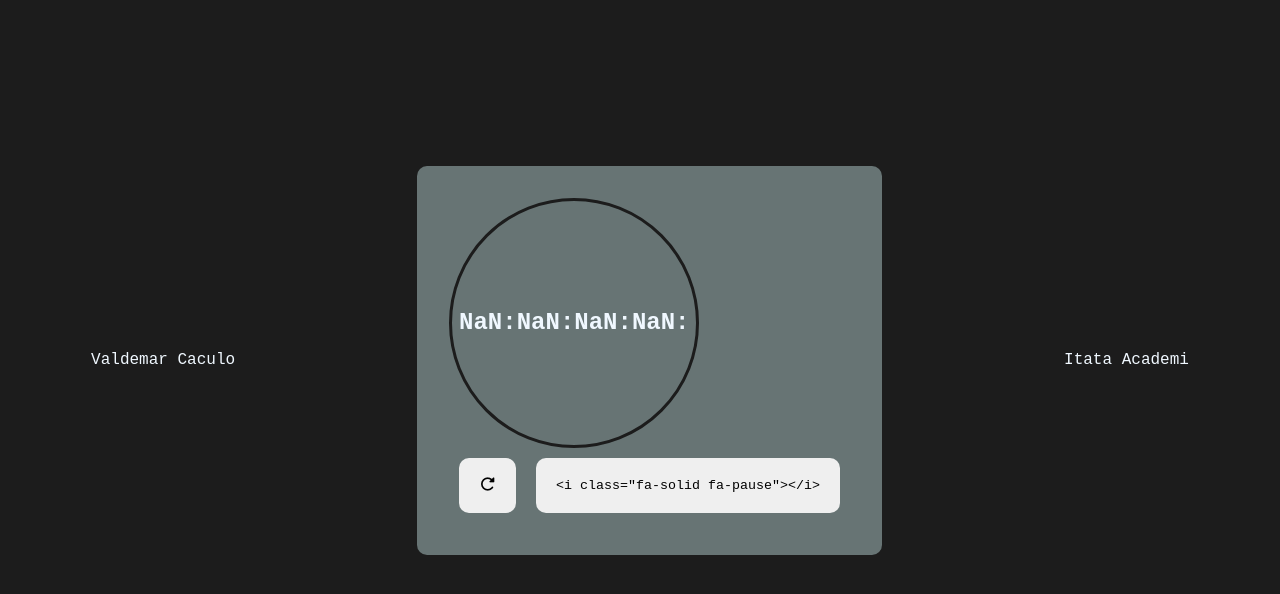
Repository: ValdemarCaculo/TEMPORIZADOR
Page: index.html
These files come from the project's save history. The page is drawn as it stood at one moment and after the next save; the edit follows.
The browser window is 1280 px wide. The pictures show the whole page.
After loading, the first visible `#inicio` was clicked once.
Some web libraries are served in a nearby version.

Above is the page before, as saved 2025-12-06 16:51:54.

### index.html
<!DOCTYPE html>
<html lang="en">

<head>
    <meta charset="UTF-8">
    <meta name="viewport" content="width=device-width, initial-scale=1.0">
    <link rel="stylesheet" href="/CSS/style.css">
    <link rel="stylesheet" href="https://cdnjs.cloudflare.com/ajax/libs/font-awesome/7.0.1/css/all.min.css"
        integrity="sha512-2SwdPD6INVrV/lHTZbO2nodKhrnDdJK9/kg2XD1r9uGqPo1cUbujc+IYdlYdEErWNu69gVcYgdxlmVmzTWnetw=="
        crossorigin="anonymous" referrerpolicy="no-referrer" />
    <title>Temporizador</title>
</head>

<body>
    <p>Valdemar Caculo</p>
    <div class="contador">

        <h2 id="time">00:00:00:00</h2>

        <div class="content">

            <button id="reset">
                <i class="fa-solid fa-rotate-right"></i>
            </button>
            <button id="inicio" action="start">
                <i class="fa-solid fa-play"></i>
            </button>

        </div>
    </div>
    <p>Itata Academi</p>
    <script src="./js/script.js"></script>


</body>

</html>

### CSS/style.css
* {
    margin: 0;
    padding: 0;
    box-sizing: border-box;
    font-family: 'Courier New', Courier, monospace;
}

body {
    height: 100vh;
    display: flex;
    background-color: #1c1c1c;
    color: aliceblue;
    align-items: center;
    justify-content: space-around;


}

.contador {
    padding: 2rem;
    background-color: #677474;
    border-radius: 10px;
}

#time {
    background-color: #677474;
    width: 250px;
    height: 250px;
    border: 3px solid #1c1c1c;
    padding: 1rem;
    border-radius: 50%;
    align-items: center;
    justify-content: center;
    display: flex;
}

.content {
    display: flex;
    justify-content: center;

}

button {
    border-radius: 10px;
    margin: 10px;
    padding: 20px;
    border: none;
    cursor: pointer;

}

### js/script.js
const tempo = document.getElementById('time');
let contador = 0;
let tempoA = 0;

const formatar = (time) => {
    const hora = Math.floor(time / 360000);
    const minutos = Math.floor((time % 360000) / 6000);
    const segundos = Math.floor((time % 6000) / 100);
    const ms = time % 100;
    return `${hora.toString().padStart(2, '0')}:${minutos.toString().padStart(2, '0')}:${segundos.toString().padStart(2, '0')}:${ms.toString().padStart(2, '0')}:`;
};

const elementosA = () => {
 const button = document.getElementById('inicio');
const accao = button.getAttribute('action');

    clearInterval(contador);

    if (accao == 'start' || accao == 'continue') {
        contador = setInterval(() => {
            tempoA += 1;
            inserir(tempoA)
        }, 10);
        button.setAttribute('accao', 'pause');
        button.innerText = '<i class="fa-solid fa-pause"></i>'
    } else if (accao == 'pause') {
        button.setAttribute('accao', 'continue');
        button.innerText = '<i class="fa-solid fa-play"></i>'

    }
};


//Funcao para enviar a contagem na tela.
const inserir = (valor) => {
    tempo.innerText = formatar(time);
}

document.getElementById('inicio').addEventListener('click', elementosA);

After the next save:
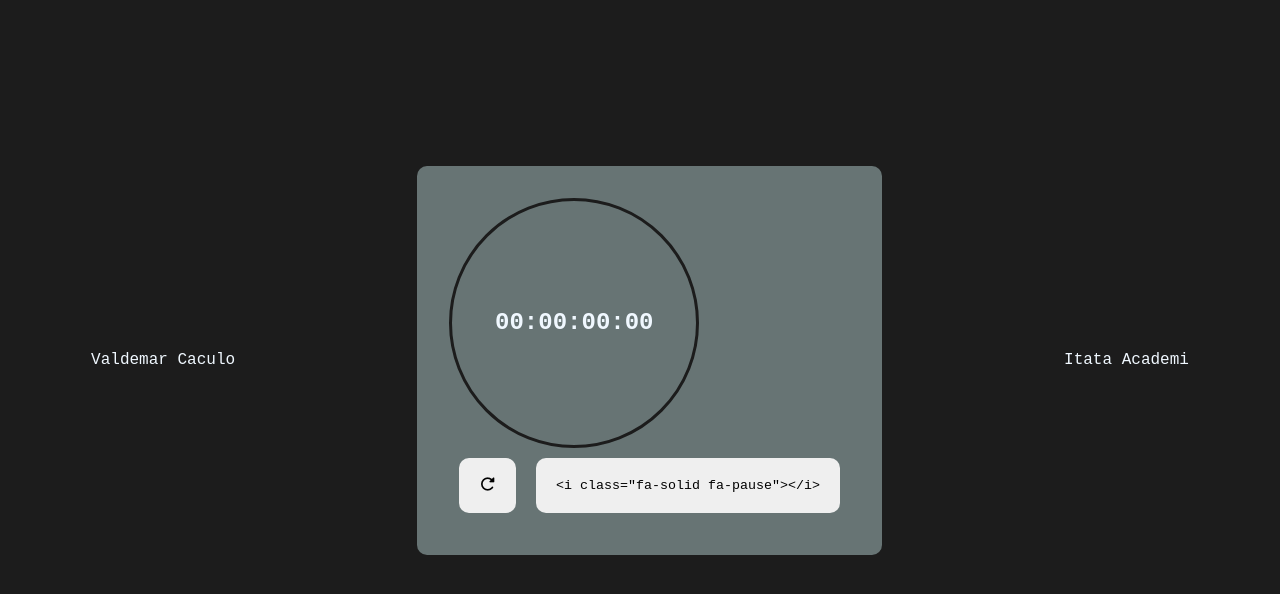
Console error: ReferenceError: t is not defined
Saved 6 s later.
--- a/js/script.js
+++ b/js/script.js
@@ -33,7 +33,7 @@
 
 //Funcao para enviar a contagem na tela.
 const inserir = (valor) => {
-    tempo.innerText = formatar(time);
+    tempo.innerText = formatar(t);
 }
 
 document.getElementById('inicio').addEventListener('click', elementosA);

After the save that followed:
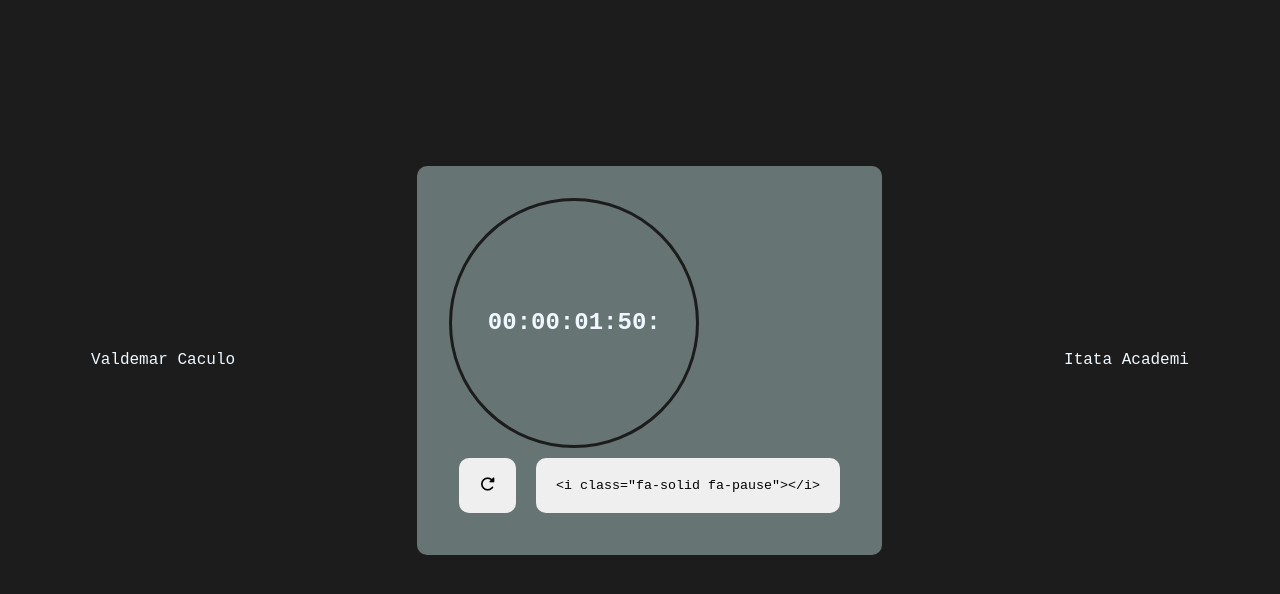
The error is gone.
Saved 4 s later.
--- a/js/script.js
+++ b/js/script.js
@@ -33,7 +33,7 @@
 
 //Funcao para enviar a contagem na tela.
 const inserir = (valor) => {
-    tempo.innerText = formatar(t);
+    tempo.innerText = formatar(valor);
 }
 
 document.getElementById('inicio').addEventListener('click', elementosA);
